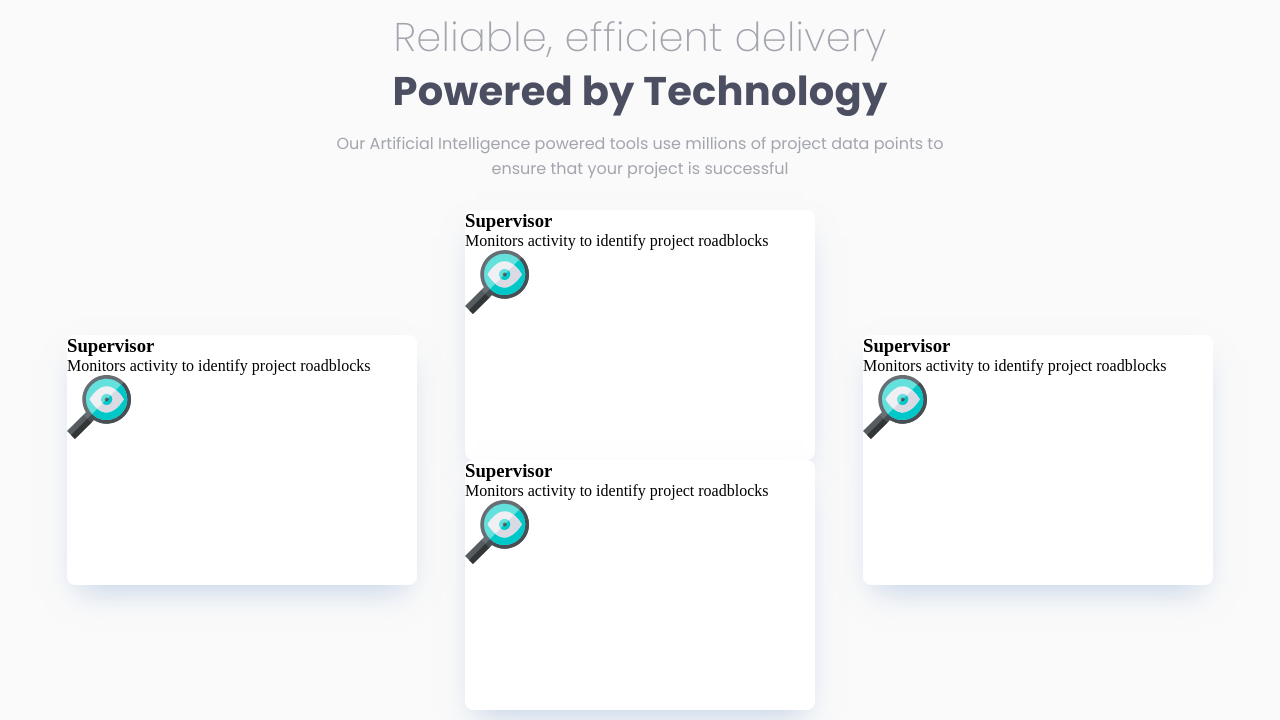
Repository: brandontaylor1/four-card-feature
Page: index.html
An editor plug-in stored every save of this project. The page is shown before and after the next save, followed by the edit.
The browser window is 1280 px wide. The pictures show the whole page.

Above is the page before, as saved 2025-01-09 23:06:46.

After the next save:
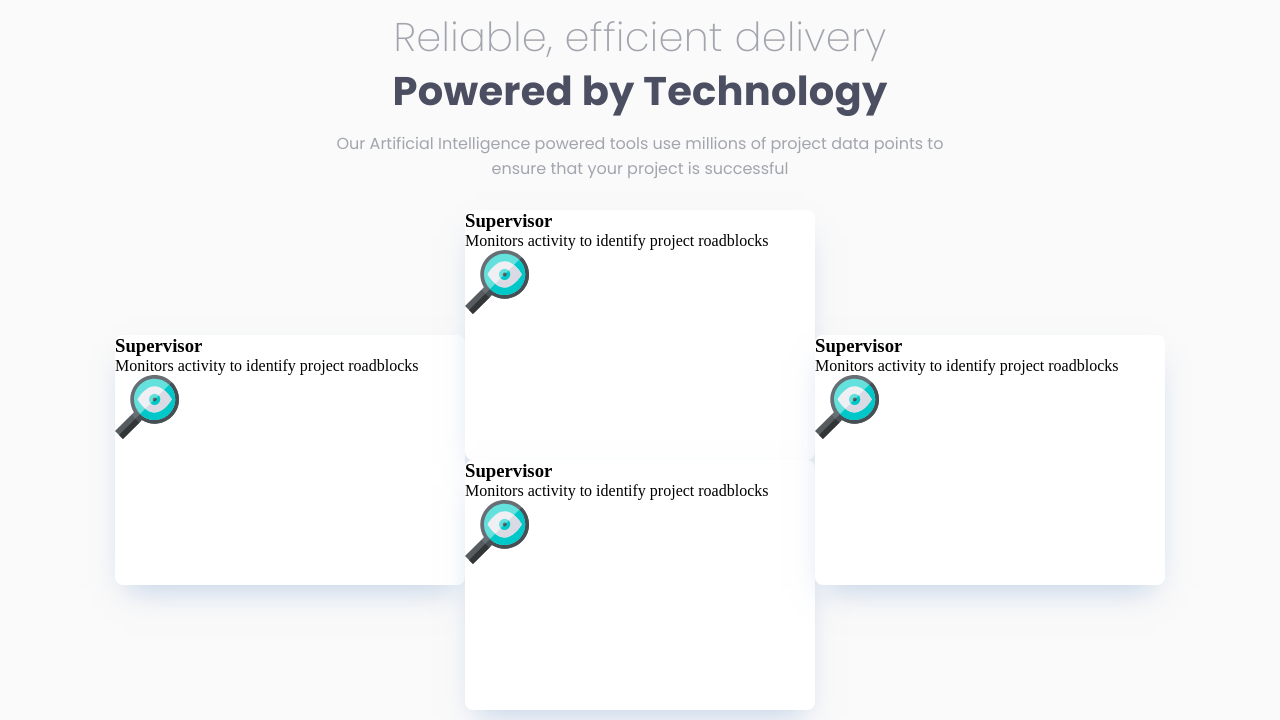
Saved 93 s later.
--- a/styles.css
+++ b/styles.css
@@ -68,11 +68,8 @@
     justify-content: center;
     align-items: center;
     grid-template-columns: repeat(3, 1fr);
+    grid-template-rows: repeat(2, 1fr)
     gap: 3rem;
-}
-
-.column-container > .card:nth-child(1) {
-    margin-top: 3rem;
 }
 
 .card {
